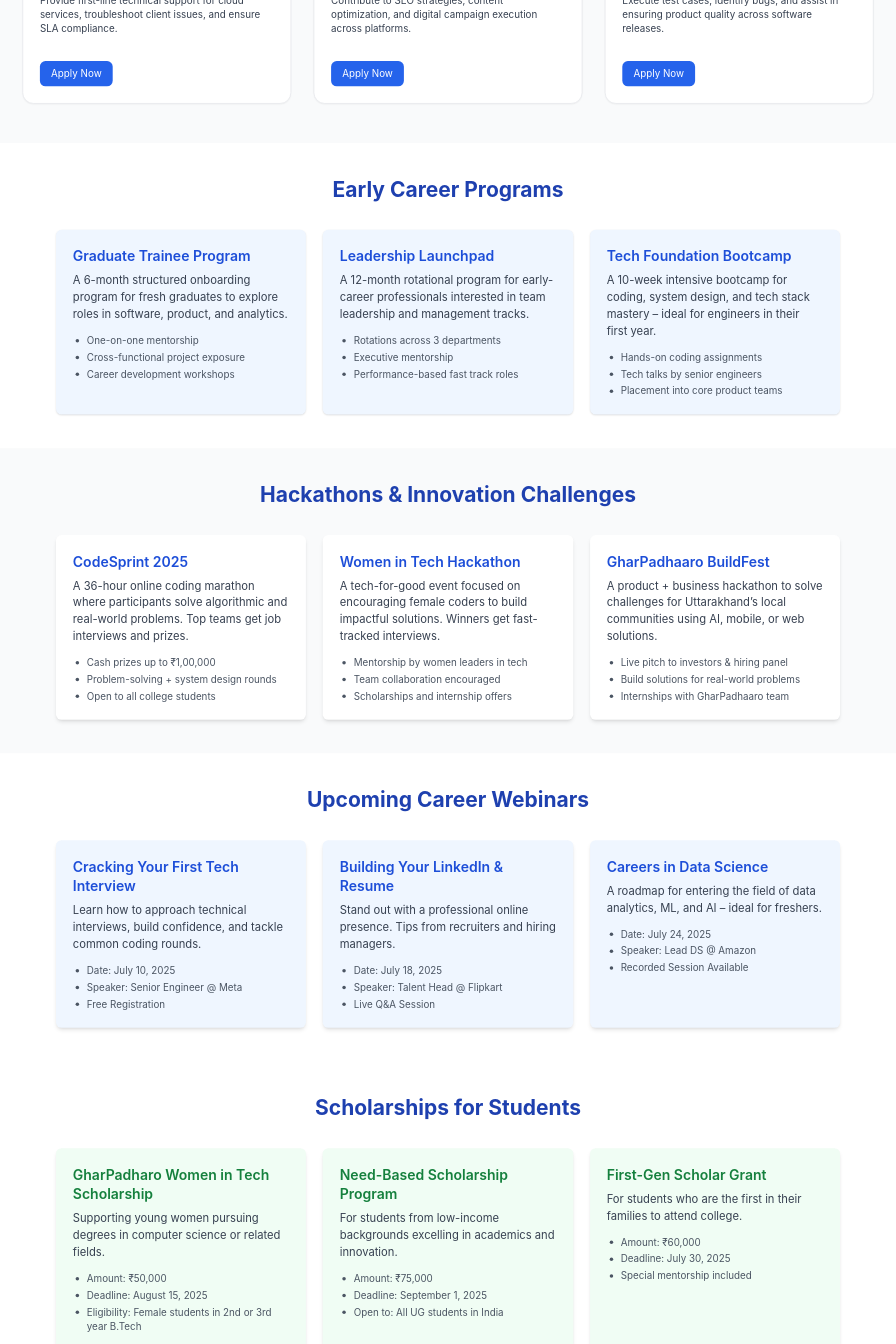
Repository: Siddharthkothiyal/GharPadhaaroCareerWebsite
Page: /#/students
The author's editor kept a copy of each file at every save. The page is drawn from the files as they stood at one save, then again after the next save.
The browser window is 1280 px wide. The pictures show the part of the page from y = 1836 to 3756 px (the page is 5123 px tall before and 5075 px after), at 70% of full size.
The project was rebuilt for these pictures with package versions that can differ from the ones it lists, and the page was loaded fresh each time. Also part of the build but not shown: src/components/CareerPortal/JobListing/JobListings.css, src/components/CareerPortal/JobListing/JobListings.js, src/components/CareerPortal/Header.css, src/components/CareerPortal/ResumeUpload.css, src/components/CareerPortal/ResumeUpload.js, src/components/CareerPortal/Header.js, src/components/CareerPortal/JobListing/JobSearch.css, src/components/CareerPortal/JobListing/JobSearch.js and 10 more.

Above is the page before, as saved 2025-06-21 21:15:43.

### public/index.html
<!DOCTYPE html>
<html lang="en">

<head>
  <meta charset="utf-8" />
  <link rel="icon" href="%PUBLIC_URL%/favicon.ico" />
  <meta name="viewport" content="width=device-width, initial-scale=1" />
  <meta name="theme-color" content="#000000" />
  <meta name="description" content="GharPadharo - Find your perfect stay" />

  <!-- Font Awesome CDN (latest) -->
  <link rel="stylesheet" href="https://cdnjs.cloudflare.com/ajax/libs/font-awesome/6.5.2/css/all.min.css"
    integrity="sha512-SnH5WK+bZxgPHs44uWIX+LLJAJ9/2PkPKZ5QiAj6Ta86w+fsb2TkcmfRyVX3pBnMFcV7oQPJkl9QevSCWr3W6A=="
    crossorigin="anonymous" referrerpolicy="no-referrer" />

  <link rel="apple-touch-icon" href="%PUBLIC_URL%/logo192.png" />
  <title>GharPadharo</title>
</head>

<body>
  <noscript>You need to enable JavaScript to run this app.</noscript>
  <div id="root"></div>
  <!--
      This HTML file is a template.
      If you open it directly in the browser, you will see an empty page.

      You can add webfonts, meta tags, or analytics to this file.
      The build step will place the bundled scripts into the <body> tag.

      To begin the development, run `npm start` or `yarn start`.
      To create a production bundle, use `npm run build` or `yarn build`.
    -->
</body>

</html>

### src/index.css
@tailwind base;
@tailwind components;
@tailwind utilities;

/* You can keep your custom CSS below if needed */

body {
  margin: 0;
  font-family: -apple-system, BlinkMacSystemFont, 'Segoe UI', 'Roboto', 'Oxygen',
    'Ubuntu', 'Cantarell', 'Fira Sans', 'Droid Sans', 'Helvetica Neue',
    sans-serif;
  -webkit-font-smoothing: antialiased;
  -moz-osx-font-smoothing: grayscale;
}

code {
  font-family: source-code-pro, Menlo, Monaco, Consolas, 'Courier New',
    monospace;
}

### src/components/CareerPortal/CareerPortal.css
/* GharPadharo Career Portal Styles */
:root {
  --gharpadhaaro-blue: #0866ff;
  --gharpadhaaro-blue-dark: #0756d6;
  --gharpadhaaro-gray: #f0f2f5;
  --gharpadhaaro-text: #1c1e21;
  --gharpadhaaro-text-secondary: #65676b;
  --gharpadhaaro-white: #ffffff;
  --gharpadhaaro-border: #dadde1;
  --gharpadhaaro-success: #42b72a;
  --gharpadhaaro-error: #fa383e;
  --gharpadhaaro-shadow: rgba(0, 0, 0, 0.1);
  --gharpadhaaro-radius: 8px;
  --gharpadhaaro-transition: all 0.2s ease;
}

/* Global Styles */
.career-portal {
  font-family: 'Optimistic Display', -apple-system, BlinkMacSystemFont, 'Segoe UI', Roboto, Oxygen, Ubuntu, Cantarell, 'Open Sans', 'Helvetica Neue', sans-serif;
  color: var(--gharpadhaaro-text);
  line-height: 1.5;
  background-color: var(--gharpadhaaro-white);
}

.container {
  max-width: 1200px;
  margin: 0 auto;
  padding: 0 24px;
}

/* Hero Section */
.hero-section {
  background: linear-gradient(135deg, #0866ff 0%, #535699 100%);
  color: var(--meta-white);
  padding: 100px 0;
  text-align: center;
}

.hero-content {
  max-width: 800px;
  margin: 0 auto;
  padding: 0 24px;
}

.hero-content h1 {
  font-size: 48px;
  font-weight: 700;
  margin-bottom: 24px;
  line-height: 1.2;
}

.hero-content p {
  color: black;
  font-size: 20px;
  margin-bottom: 40px;
  margin-left: 70px;

}

/* Job Search Section */
.job-search-section {
  padding: 60px 0;
  background-color: var(--meta-white);
}

.filters-and-results {
  display: grid;
  grid-template-columns: 300px 1fr;
  gap: 30px;
}

/* Featured Teams Section */
.featured-teams-section {
  padding: 80px 0;
  background-color: var(--meta-gray);
}

.featured-teams-section h2 {
  font-size: 36px;
  font-weight: 700;
  margin-bottom: 16px;
  text-align: center;
}

.featured-teams-section p {
  font-size: 18px;
  color: var(--meta-text-secondary);
  max-width: 700px;
  margin: 0 auto 40px;
  text-align: center;
}

/* Buttons */
.btn {
  display: inline-flex;
  align-items: center;
  justify-content: center;
  padding: 12px 24px;
  border-radius: 0px;
  font-weight: 600;
  font-size: 16px;
  cursor: pointer;
  transition: var(--meta-transition);
  border: none;
}

.btn-primary {
  background-color: var(--meta-blue);
  color: var(--meta-white);
}

.btn-primary:hover {
  background-color: var(--meta-blue-dark);
}

.btn-secondary {
  background-color: var(--meta-gray);
  color: var(--meta-text);
  margin-left: 50px;
}

.btn-secondary:hover {
  background-color: #e4e6eb;
}

/* Form Elements */
.input-group {
  position: relative;
  margin-bottom: 16px;
}

.input-field {
  width: 100%;
  padding: 14px 16px;
  border-radius: var(--meta-radius);
  border: 1px solid var(--meta-border);
  font-size: 16px;
  transition: var(--meta-transition);
}

.input-field:focus {
  border-color: var(--meta-blue);
  outline: none;
  box-shadow: 0 0 0 2px rgba(8, 102, 255, 0.2);
}

/* Responsive */
@media (max-width: 992px) {
  .filters-and-results {
    grid-template-columns: 1fr;
  }

  .hero-content h1 {
    font-size: 36px;
  }

  .hero-content p {
    font-size: 18px;
  }
}

@media (max-width: 576px) {
  .hero-content h1 {
    font-size: 28px;
  }

  .hero-content p {
    font-size: 16px;
  }

  .featured-teams-section h2 {
    font-size: 28px;
  }
}

### src/components/Auth/Auth.css
/* Auth.css - Styles for Login and Signup components */

:root {
  --primary-color: #535699; /* GharPadharo blue */
  --secondary-color: #42B72A; /* GharPadharo green */
  --text-color: #1C1E21;
  --light-text: #606770;
  --error-color: #FA383E;
  --border-color: #DADDE1;
  --background-color: #F0F2F5;
  --card-background: #FFFFFF;
  --hover-color: #E7F3FF;
  --focus-shadow: 0 0 0 2px rgba(83, 86, 153, 0.2);
}

/* Auth Container */
.auth-container {
  display: flex;
  justify-content: center;
  align-items: center;
  min-height: 100vh;
  background-color: var(--background-color);
  padding: 20px;
}

/* Auth Card */
.auth-card {
  background-color: var(--card-background);
  border-radius: 8px;
  box-shadow: 0 2px 4px rgba(0, 0, 0, 0.1), 0 8px 16px rgba(0, 0, 0, 0.1);
  width: 100%;
  max-width: 400px;
  padding: 20px;
}

/* Auth Header */
.auth-header {
  text-align: center;
  margin-bottom: 20px;
}

.auth-logo {
  width: 40px;
  height: 40px;
  margin-bottom: 10px;
}

.auth-header h2 {
  font-size: 24px;
  font-weight: 600;
  color: var(--text-color);
  margin: 0;
}

.gharpadharo-logo{
  width: 60px;
  height: 60px;
}

/* Auth Form */
.auth-form {
  display: flex;
  flex-direction: column;
  gap: 16px;
}

.form-group {
  display: flex;
  flex-direction: column;
}

.form-group label {
  font-size: 14px;
  font-weight: 500;
  margin-bottom: 6px;
  color: var(--text-color);
}

.form-group input {
  padding: 12px 14px;
  border: 1px solid var(--border-color);
  border-radius: 6px;
  font-size: 16px;
  transition: border-color 0.2s, box-shadow 0.2s;
}

.form-group input:focus {
  outline: none;
  border-color: #535699;
  box-shadow: var(--focus-shadow);
}

.form-group input.error {
  border-color: var(--error-color);
}

.error-message {
  color: var(--error-color);
  font-size: 12px;
  margin-top: 4px;
}

/* Terms and Privacy */
.terms-privacy {
  font-size: 12px;
  color: 535699;
  margin-bottom: 10px;
  text-align: center;
}

.terms-privacy a {
  color: 535699;
  text-decoration: none;
}

.terms-privacy a:hover {
  text-decoration: underline;
}

/* Auth Button */
.auth-button {
  background-color: #535699;
  color: white;
  border: none;
  border-radius: 6px;
  padding: 12px;
  font-size: 16px;
  font-weight: 600;
  cursor: pointer;
  transition: background-color 0.2s;
  margin-top: 10px;
}

.auth-button:hover {
  background-color: #535699;
}

/* Auth Footer */
.auth-footer {
  margin-top: 20px;
  text-align: center;
}

.forgot-password {
  color: #535699;
  text-decoration: none;
  font-size: 14px;
  display: block;
  margin-bottom: 16px;
}

.forgot-password:hover {
  text-decoration: underline;
}

.auth-redirect {
  font-size: 14px;
  color: var(--light-text);
  margin: 0;
}

.auth-redirect a {
  color: #535699;
  text-decoration: none;
  font-weight: 500;
}

.auth-redirect a:hover {
  text-decoration: underline;
}

/* Responsive adjustments */
@media (max-width: 480px) {
  .auth-card {
    padding: 16px;
  }

  .auth-header h2 {
    font-size: 20px;
  }

  .form-group input {
    padding: 10px 12px;
    font-size: 14px;
  }

  .auth-button {
    padding: 10px;
    font-size: 14px;
  }
}

### src/components/CareerPortal/StudentsPage/sections/EarlyCareers.js
import React from "react";

const EarlyCareers = () => {
  return (
    <section className="py-12 bg-white">
      <div className="max-w-6xl mx-auto px-4">
        <h2 className="text-3xl font-bold text-center text-blue-800 mb-10">
          Early Career Programs
        </h2>

        <div className="grid md:grid-cols-3 gap-6">
          {/* Card 1 */}
          <div className="bg-blue-50 rounded-lg shadow p-6 hover:shadow-lg transition">
            <h3 className="text-xl font-semibold text-blue-700 mb-2">
              Graduate Trainee Program
            </h3>
            <p className="text-gray-700 mb-4">
              A 6-month structured onboarding program for fresh graduates to explore roles in software, product, and analytics.
            </p>
            <ul className="text-sm text-gray-600 list-disc pl-5 space-y-1">
              <li>One-on-one mentorship</li>
              <li>Cross-functional project exposure</li>
              <li>Career development workshops</li>
            </ul>
          </div>

          {/* Card 2 */}
          <div className="bg-blue-50 rounded-lg shadow p-6 hover:shadow-lg transition">
            <h3 className="text-xl font-semibold text-blue-700 mb-2">
              Leadership Launchpad
            </h3>
            <p className="text-gray-700 mb-4">
              A 12-month rotational program for early-career professionals interested in team leadership and management tracks.
            </p>
            <ul className="text-sm text-gray-600 list-disc pl-5 space-y-1">
              <li>Rotations across 3 departments</li>
              <li>Executive mentorship</li>
              <li>Performance-based fast track roles</li>
            </ul>
          </div>

          {/* Card 3 */}
          <div className="bg-blue-50 rounded-lg shadow p-6 hover:shadow-lg transition">
            <h3 className="text-xl font-semibold text-blue-700 mb-2">
              Tech Foundation Bootcamp
            </h3>
            <p className="text-gray-700 mb-4">
              A 10-week intensive bootcamp for coding, system design, and tech stack mastery – ideal for engineers in their first year.
            </p>
            <ul className="text-sm text-gray-600 list-disc pl-5 space-y-1">
              <li>Hands-on coding assignments</li>
              <li>Tech talks by senior engineers</li>
              <li>Placement into core product teams</li>
            </ul>
          </div>
        </div>
      </div>
    </section>
  );
};

export default EarlyCareers;

Loaded but not shown: src/index.js (common file); src/reportWebVitals.js (common file); src/App.css (common file); tailwind.config.js (common file); src/components/CareerPortal/StudentsPage/sections/Internships.js (102 lines, source omitted); src/components/CareerPortal/StudentsPage/sections/FreshersJob.js (102 lines, source omitted); src/components/CareerPortal/StudentsPage/sections/FAQs.js (76 lines, source omitted); src/components/CareerPortal/StudentsPage/sections/Hackathons.js (62 lines, source omitted); src/components/CareerPortal/StudentsPage/sections/Mentorship.js (62 lines, source omitted); src/components/CareerPortal/StudentsPage/sections/Resources.js (71 lines, source omitted); src/components/CareerPortal/StudentsPage/sections/Scholarships.js (62 lines, source omitted); src/components/CareerPortal/StudentsPage/sections/Webinars.js (62 lines, source omitted); src/components/CareerPortal/StudentsPage/StudentsPage.js (66 lines, source omitted); src/App.js (49 lines, source omitted); src/components/LandingPage/LandingPage.css (411 lines, source omitted)

After the next save:
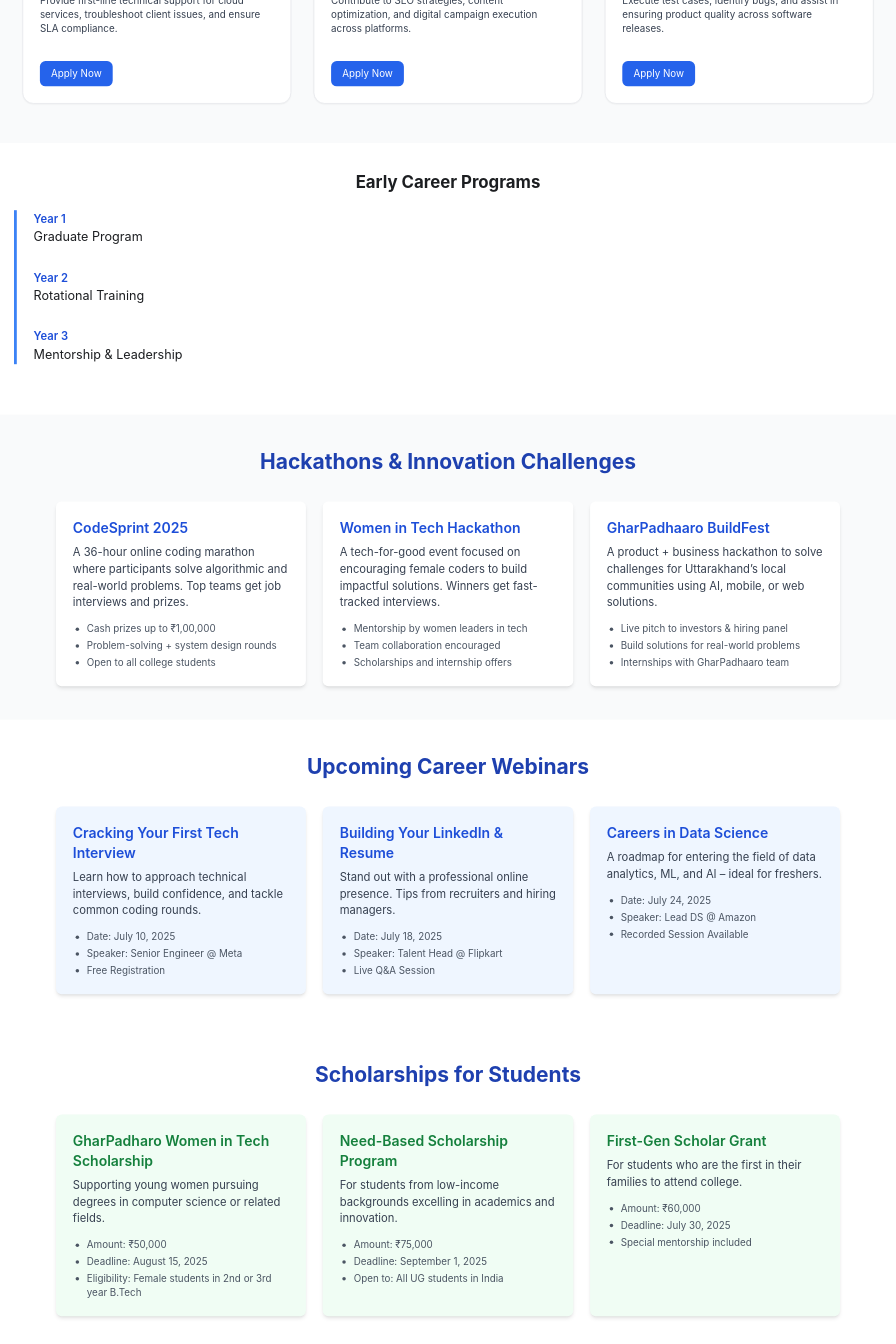
Saved 5 min 29 s later.
--- a/src/components/CareerPortal/StudentsPage/sections/EarlyCareers.js
+++ b/src/components/CareerPortal/StudentsPage/sections/EarlyCareers.js
@@ -1,59 +1,22 @@
-import React from "react";
+import React from 'react';
 
 const EarlyCareers = () => {
+  const programs = [
+    { title: "Graduate Program", year: "Year 1" },
+    { title: "Rotational Training", year: "Year 2" },
+    { title: "Mentorship & Leadership", year: "Year 3" },
+  ];
+
   return (
-    <section className="py-12 bg-white">
-      <div className="max-w-6xl mx-auto px-4">
-        <h2 className="text-3xl font-bold text-center text-blue-800 mb-10">
-          Early Career Programs
-        </h2>
-
-        <div className="grid md:grid-cols-3 gap-6">
-          {/* Card 1 */}
-          <div className="bg-blue-50 rounded-lg shadow p-6 hover:shadow-lg transition">
-            <h3 className="text-xl font-semibold text-blue-700 mb-2">
-              Graduate Trainee Program
-            </h3>
-            <p className="text-gray-700 mb-4">
-              A 6-month structured onboarding program for fresh graduates to explore roles in software, product, and analytics.
-            </p>
-            <ul className="text-sm text-gray-600 list-disc pl-5 space-y-1">
-              <li>One-on-one mentorship</li>
-              <li>Cross-functional project exposure</li>
-              <li>Career development workshops</li>
-            </ul>
+    <section className="py-10 px-5">
+      <h2 className="text-2xl font-bold mb-6">Early Career Programs</h2>
+      <div className="relative border-l-4 border-blue-500 pl-6">
+        {programs.map((program, index) => (
+          <div key={index} className="mb-8">
+            <div className="text-blue-700 font-semibold">{program.year}</div>
+            <div className="text-lg">{program.title}</div>
           </div>
-
-          {/* Card 2 */}
-          <div className="bg-blue-50 rounded-lg shadow p-6 hover:shadow-lg transition">
-            <h3 className="text-xl font-semibold text-blue-700 mb-2">
-              Leadership Launchpad
-            </h3>
-            <p className="text-gray-700 mb-4">
-              A 12-month rotational program for early-career professionals interested in team leadership and management tracks.
-            </p>
-            <ul className="text-sm text-gray-600 list-disc pl-5 space-y-1">
-              <li>Rotations across 3 departments</li>
-              <li>Executive mentorship</li>
-              <li>Performance-based fast track roles</li>
-            </ul>
-          </div>
-
-          {/* Card 3 */}
-          <div className="bg-blue-50 rounded-lg shadow p-6 hover:shadow-lg transition">
-            <h3 className="text-xl font-semibold text-blue-700 mb-2">
-              Tech Foundation Bootcamp
-            </h3>
-            <p className="text-gray-700 mb-4">
-              A 10-week intensive bootcamp for coding, system design, and tech stack mastery – ideal for engineers in their first year.
-            </p>
-            <ul className="text-sm text-gray-600 list-disc pl-5 space-y-1">
-              <li>Hands-on coding assignments</li>
-              <li>Tech talks by senior engineers</li>
-              <li>Placement into core product teams</li>
-            </ul>
-          </div>
-        </div>
+        ))}
       </div>
     </section>
   );

After the save that followed:
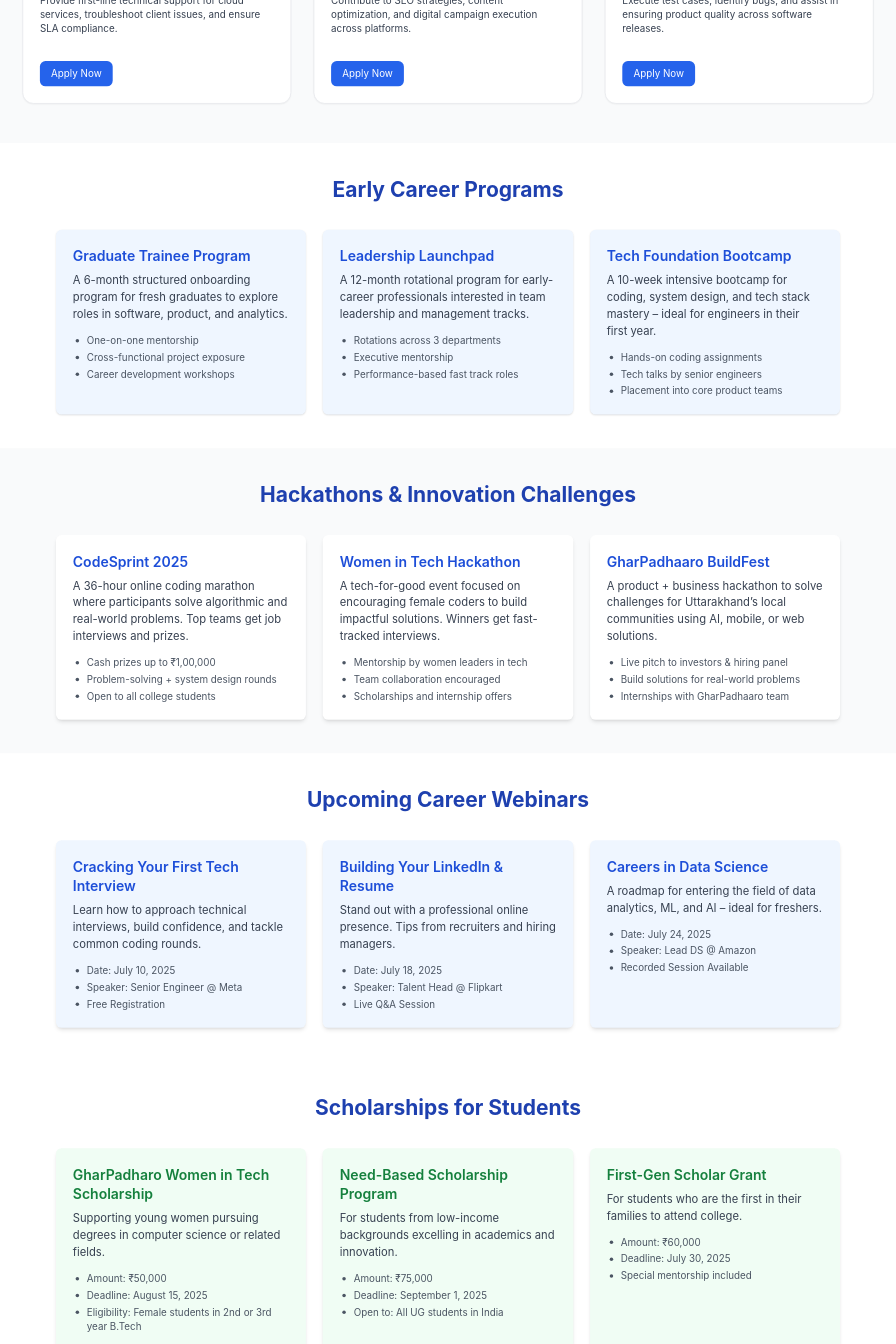
Saved 30 s later.
--- a/src/components/CareerPortal/StudentsPage/sections/EarlyCareers.js
+++ b/src/components/CareerPortal/StudentsPage/sections/EarlyCareers.js
@@ -1,22 +1,59 @@
-import React from 'react';
+import React from "react";
 
 const EarlyCareers = () => {
-  const programs = [
-    { title: "Graduate Program", year: "Year 1" },
-    { title: "Rotational Training", year: "Year 2" },
-    { title: "Mentorship & Leadership", year: "Year 3" },
-  ];
+  return (
+    <section className="py-12 bg-white">
+      <div className="max-w-6xl mx-auto px-4">
+        <h2 className="text-3xl font-bold text-center text-blue-800 mb-10">
+          Early Career Programs
+        </h2>
 
-  return (
-    <section className="py-10 px-5">
-      <h2 className="text-2xl font-bold mb-6">Early Career Programs</h2>
-      <div className="relative border-l-4 border-blue-500 pl-6">
-        {programs.map((program, index) => (
-          <div key={index} className="mb-8">
-            <div className="text-blue-700 font-semibold">{program.year}</div>
-            <div className="text-lg">{program.title}</div>
+        <div className="grid md:grid-cols-3 gap-6">
+          {/* Card 1 */}
+          <div className="bg-blue-50 rounded-lg shadow p-6 hover:shadow-lg transition">
+            <h3 className="text-xl font-semibold text-blue-700 mb-2">
+              Graduate Trainee Program
+            </h3>
+            <p className="text-gray-700 mb-4">
+              A 6-month structured onboarding program for fresh graduates to explore roles in software, product, and analytics.
+            </p>
+            <ul className="text-sm text-gray-600 list-disc pl-5 space-y-1">
+              <li>One-on-one mentorship</li>
+              <li>Cross-functional project exposure</li>
+              <li>Career development workshops</li>
+            </ul>
           </div>
-        ))}
+
+          {/* Card 2 */}
+          <div className="bg-blue-50 rounded-lg shadow p-6 hover:shadow-lg transition">
+            <h3 className="text-xl font-semibold text-blue-700 mb-2">
+              Leadership Launchpad
+            </h3>
+            <p className="text-gray-700 mb-4">
+              A 12-month rotational program for early-career professionals interested in team leadership and management tracks.
+            </p>
+            <ul className="text-sm text-gray-600 list-disc pl-5 space-y-1">
+              <li>Rotations across 3 departments</li>
+              <li>Executive mentorship</li>
+              <li>Performance-based fast track roles</li>
+            </ul>
+          </div>
+
+          {/* Card 3 */}
+          <div className="bg-blue-50 rounded-lg shadow p-6 hover:shadow-lg transition">
+            <h3 className="text-xl font-semibold text-blue-700 mb-2">
+              Tech Foundation Bootcamp
+            </h3>
+            <p className="text-gray-700 mb-4">
+              A 10-week intensive bootcamp for coding, system design, and tech stack mastery – ideal for engineers in their first year.
+            </p>
+            <ul className="text-sm text-gray-600 list-disc pl-5 space-y-1">
+              <li>Hands-on coding assignments</li>
+              <li>Tech talks by senior engineers</li>
+              <li>Placement into core product teams</li>
+            </ul>
+          </div>
+        </div>
       </div>
     </section>
   );
